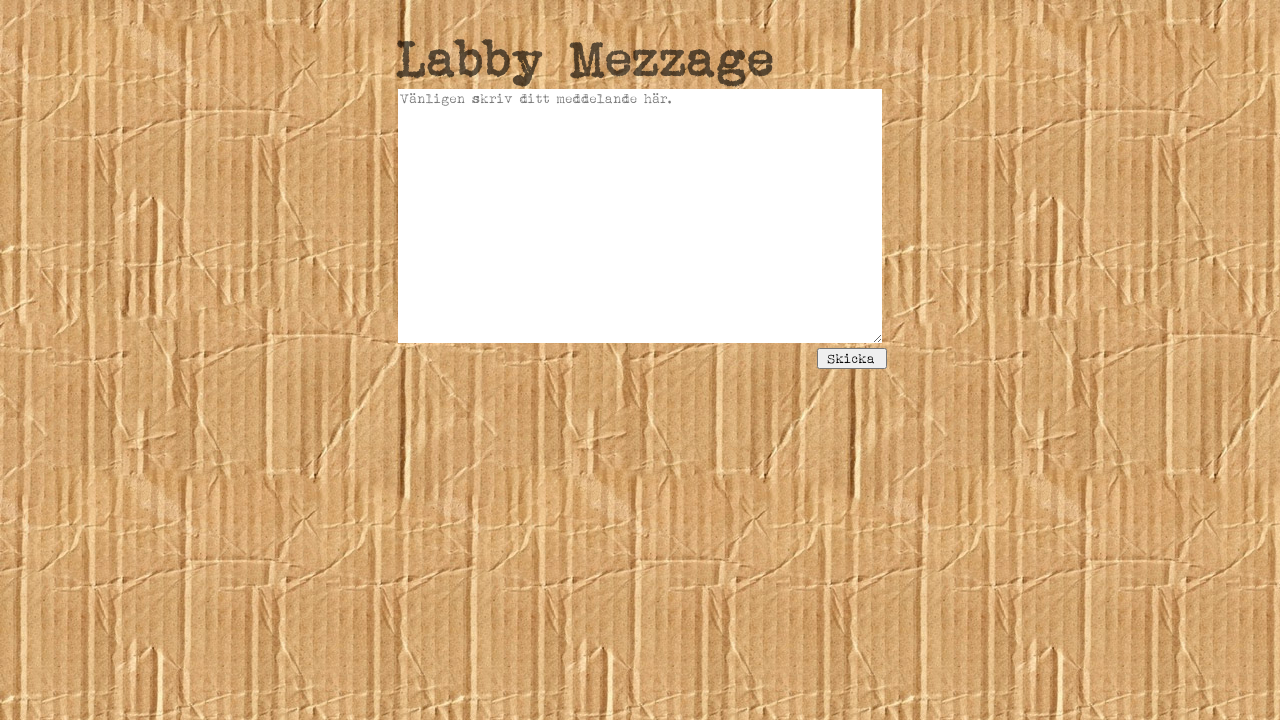
Repository: mw222rs/1dv403-laborationer
Page: 2-labbymezzage/index.html
The author's editor kept a record of every edit. The page is drawn from the files as they stood at one moment, then again after the next edit.
The browser window is 1280 px wide. The pictures show the whole page.

Above is the page before.

After the next edit:
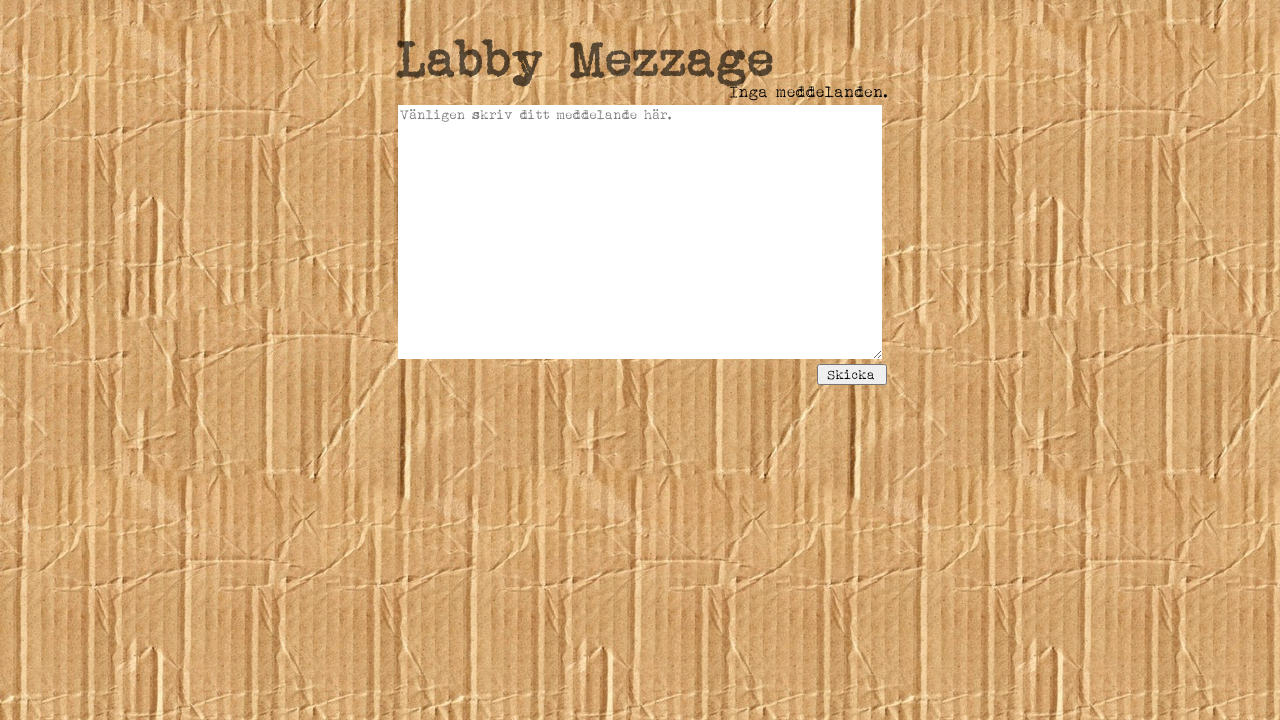
The edit:
--- a/2-labbymezzage/index.html
+++ b/2-labbymezzage/index.html
@@ -14,7 +14,7 @@
             </div><!-- /end #messageArea tag -->
 
             <div id="board">
-                <p id="counter"></p>
+                <p id="counter">Inga meddelanden.</p>
                 <form>
          			<textarea name="text" placeholder="Vänligen skriv ditt meddelande här." id="textArea"></textarea><input id="send" type="submit" value="Skicka" />
          			<p id="value"></p>
